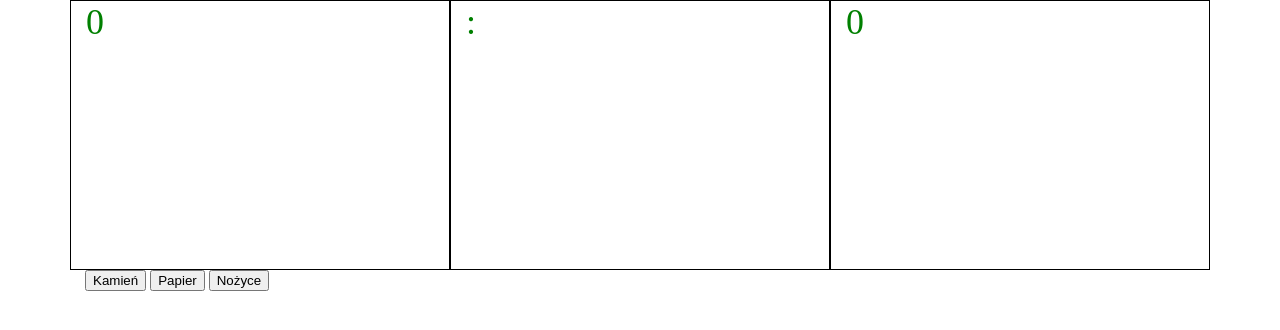
Repository: ulasup/javascript-prework
Page: index.html
An editor plug-in stored every save of this project. The page is shown before and after the next save, followed by the edit.
The browser window is 1280 px wide. The pictures show the whole page.
Some web libraries are served in a nearby version. The style sheet was rebuilt from its Sass, Less or Tailwind sources for each picture, by a compiler version that may differ from the author's.

Above is the page before, as saved 2020-12-12 17:02:13.

After the next save:
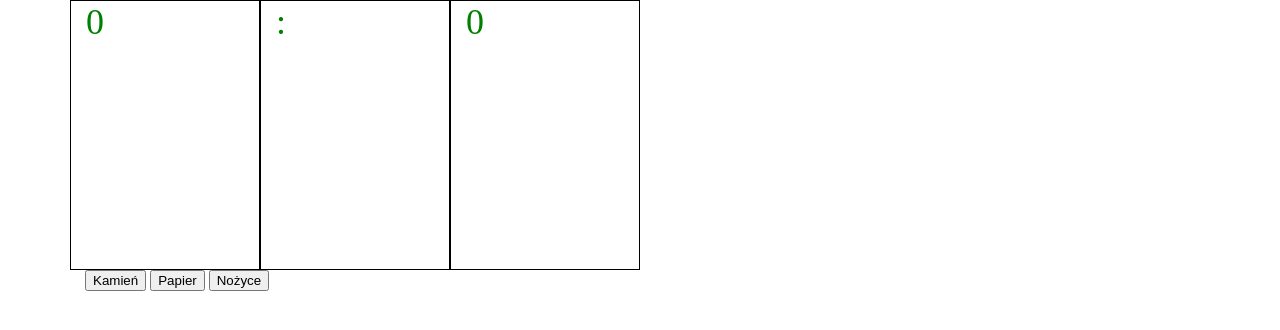
Saved 60 s later.
--- a/index.html
+++ b/index.html
@@ -10,9 +10,9 @@
 <body>
 	<div class="container">
 		<div class=row>
-		<div class="player col-4">0</div>
-		<div class="score col-4">:</div>
-		<div class="computer col-4">0</div>
+		<div class="player col-2">0</div>
+		<div class="score col-2">:</div>
+		<div class="computer col-2">0</div>
 		</div>
 		<div id="buttons">
 			<button id="button-rock" type="button">Kamień</button>
